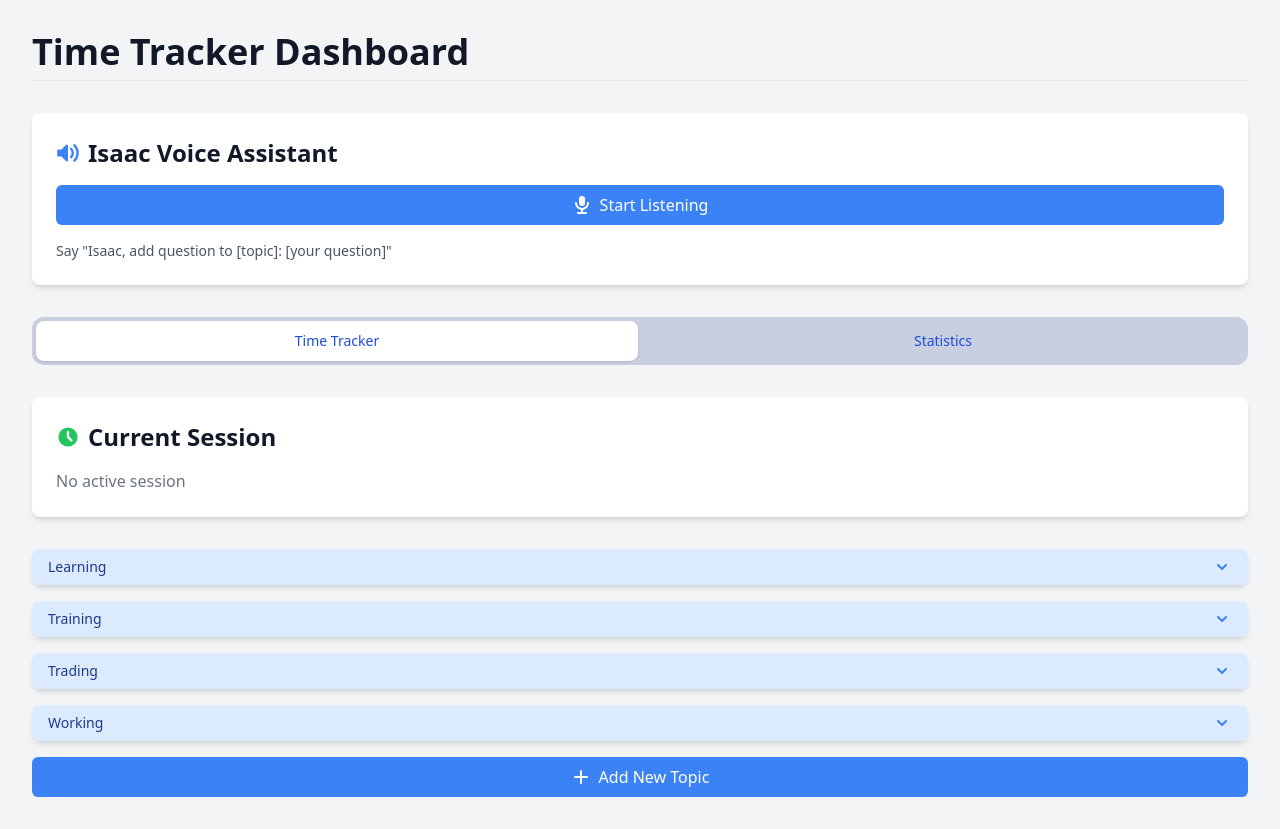
Repository: Mordecaied/Issac
Page: /
The author's editor kept a copy of each file at every save. The page is drawn from the files as they stood at one save, then again after the next save.
The browser window is 1280 px wide. The pictures show the whole page.
The project was rebuilt for these pictures with package versions that can differ from the ones it lists, and the page was loaded fresh each time. Also part of the build but not shown: src/components/Statistics.tsx.

Above is the page before, as saved 2024-08-04 17:57:17.

### src/index.css
@tailwind base;
@tailwind components;
@tailwind utilities;

body {
  @apply bg-background dark:bg-background-dark text-gray-900 dark:text-white;
}

### src/App.tsx
import React from 'react';
import Dashboard from './components/Dashboard';
import { AppProvider } from './AppContext';

const App: React.FC = () => {
  return (
    <AppProvider>
      <div className="min-h-screen bg-gray-100 dark:bg-gray-900">
        <Dashboard />
      </div>
    </AppProvider>
  );
};

export default App;

### src/components/Dashboard.tsx
import React from 'react';
import VoiceAssistant from './VoiceAssistant';
import TopicList from './TopicList';
import CurrentSession from './CurrentSession';
import Statistics from './Statistics';
import { Tab } from '@headlessui/react';
import { useAppContext } from '../AppContext';

const Dashboard: React.FC = () => {
  const { activeSession, setActiveSession } = useAppContext();

  return (
    <div className="max-w-7xl mx-auto px-4 sm:px-6 lg:px-8 py-8">
      <h1 className="text-4xl font-bold mb-8 border-b pb-2">Time Tracker Dashboard</h1>

      <VoiceAssistant />

      <Tab.Group>
        <Tab.List className="flex space-x-1 rounded-xl bg-blue-900/20 p-1 mb-8">
          <Tab className={({ selected }) =>
            `w-full rounded-lg py-2.5 text-sm font-medium leading-5 text-blue-700
             ring-white ring-opacity-60 ring-offset-2 ring-offset-blue-400 focus:outline-none focus:ring-2
             ${selected ? 'bg-white shadow' : 'text-blue-100 hover:bg-white/[0.12] hover:text-white'}`
          }>
            Time Tracker
          </Tab>
          <Tab className={({ selected }) =>
            `w-full rounded-lg py-2.5 text-sm font-medium leading-5 text-blue-700
             ring-white ring-opacity-60 ring-offset-2 ring-offset-blue-400 focus:outline-none focus:ring-2
             ${selected ? 'bg-white shadow' : 'text-blue-100 hover:bg-white/[0.12] hover:text-white'}`
          }>
            Statistics
          </Tab>
        </Tab.List>
        <Tab.Panels>
          <Tab.Panel>
            <CurrentSession />
            <TopicList />
          </Tab.Panel>
          <Tab.Panel>
            <Statistics />
          </Tab.Panel>
        </Tab.Panels>
      </Tab.Group>
    </div>
  );
};

export default Dashboard;

### src/AppContext.tsx
import React, { createContext, useContext, useState, ReactNode } from 'react';

interface Topic {
  id: string;
  name: string;
  duration: number;
}

interface AppContextType {
  activeSession: string | null;
  setActiveSession: (session: string | null) => void;
  topics: Topic[];
  addTopic: (topic: Topic) => void;
  updateTopicDuration: (id: string, duration: number) => void;
}

const AppContext = createContext<AppContextType | undefined>(undefined);

export const useAppContext = () => {
  const context = useContext(AppContext);
  if (context === undefined) {
    throw new Error('useAppContext must be used within an AppProvider');
  }
  return context;
};

interface AppProviderProps {
  children: ReactNode;
}

export const AppProvider: React.FC<AppProviderProps> = ({ children }) => {
  const [activeSession, setActiveSession] = useState<string | null>(null);
  const [topics, setTopics] = useState<Topic[]>([]);

  const addTopic = (topic: Topic) => {
    setTopics((prevTopics) => [...prevTopics, topic]);
  };

  const updateTopicDuration = (id: string, duration: number) => {
    setTopics((prevTopics) =>
      prevTopics.map((topic) =>
        topic.id === id ? { ...topic, duration } : topic
      )
    );
  };

  const value = {
    activeSession,
    setActiveSession,
    topics,
    addTopic,
    updateTopicDuration,
  };

  return <AppContext.Provider value={value}>{children}</AppContext.Provider>;
};

### src/components/VoiceAssistant.tsx
import React, { useState } from 'react';
import { MicrophoneIcon, VolumeUpIcon } from '@heroicons/react/solid';

const VoiceAssistant: React.FC = () => {
  const [isListening, setIsListening] = useState(false);
  const [transcript, setTranscript] = useState('');

  const toggleListening = () => {
    setIsListening(!isListening);
    // Implement actual voice recognition logic here
  };

  return (
    <div className="bg-white dark:bg-gray-800 rounded-lg shadow-md p-6 mb-8">
      <h2 className="text-2xl font-semibold mb-4 flex items-center">
        <VolumeUpIcon className="h-6 w-6 mr-2 text-blue-500" />
        Isaac Voice Assistant
      </h2>
      <button
        onClick={toggleListening}
        className={`flex items-center justify-center w-full py-2 px-4 rounded-md text-white font-medium transition-colors ${
          isListening ? 'bg-red-500 hover:bg-red-600' : 'bg-blue-500 hover:bg-blue-600'
        }`}
      >
        <MicrophoneIcon className="h-5 w-5 mr-2" />
        {isListening ? 'Stop Listening' : 'Start Listening'}
      </button>
      <p className="mt-4 text-sm text-gray-600 dark:text-gray-300">
        Say "Isaac, add question to [topic]: [your question]"
      </p>
      {isListening && (
        <div className="mt-4 p-2 bg-gray-100 dark:bg-gray-700 rounded">
          <p className="font-semibold">Live Transcription:</p>
          <p className="text-sm">{transcript}</p>
        </div>
      )}
    </div>
  );
};

export default VoiceAssistant;

### src/components/TopicList.tsx
import React, { useState } from 'react';
import { ChevronDownIcon, PlusIcon } from '@heroicons/react/solid';
import { Disclosure } from '@headlessui/react';

interface Topic {
  id: number;
  name: string;
  subTopics: { id: number; name: string }[];
}

const initialTopics: Topic[] = [
  { id: 1, name: 'Learning', subTopics: [{ id: 11, name: 'Python' }, { id: 12, name: 'React' }] },
  { id: 2, name: 'Training', subTopics: [{ id: 21, name: 'Cardio' }, { id: 22, name: 'Weights' }] },
  { id: 3, name: 'Trading', subTopics: [{ id: 31, name: 'Stocks' }, { id: 32, name: 'Crypto' }] },
  { id: 4, name: 'Working', subTopics: [{ id: 41, name: 'Project A' }, { id: 42, name: 'Project B' }] },
];

interface TopicListProps {
  setActiveSession: (session: string | null) => void;
}

const TopicList: React.FC<TopicListProps> = ({ setActiveSession }) => {
  const [topics, setTopics] = useState(initialTopics);

  const addNewTopic = () => {
    // Implement add new topic logic
  };

  return (
    <div className="space-y-4">
      {topics.map((topic) => (
        <Disclosure key={topic.id}>
          {({ open }) => (
            <div className="bg-white dark:bg-gray-800 rounded-lg shadow-md overflow-hidden">
              <Disclosure.Button className="flex justify-between w-full px-4 py-2 text-sm font-medium text-left text-blue-900 dark:text-blue-100 bg-blue-100 dark:bg-blue-900 hover:bg-blue-200 dark:hover:bg-blue-800 focus:outline-none focus-visible:ring focus-visible:ring-blue-500 focus-visible:ring-opacity-75">
                <span>{topic.name}</span>
                <ChevronDownIcon
                  className={`${open ? 'transform rotate-180' : ''} w-5 h-5 text-blue-500`}
                />
              </Disclosure.Button>
              <Disclosure.Panel className="px-4 pt-4 pb-2 text-sm text-gray-500 dark:text-gray-300">
                {topic.subTopics.map((subTopic) => (
                  <div key={subTopic.id} className="flex justify-between items-center mb-2">
                    <span>{subTopic.name}</span>
                    <button
                      onClick={() => setActiveSession(`${topic.name} - ${subTopic.name}`)}
                      className="bg-green-500 hover:bg-green-600 text-white py-1 px-3 rounded-md text-sm transition-colors"
                    >
                      Start
                    </button>
                  </div>
                ))}
              </Disclosure.Panel>
            </div>
          )}
        </Disclosure>
      ))}
      <button
        onClick={addNewTopic}
        className="flex items-center justify-center w-full py-2 px-4 bg-blue-500 hover:bg-blue-600 text-white rounded-md transition-colors"
      >
        <PlusIcon className="h-5 w-5 mr-2" />
        Add New Topic
      </button>
    </div>
  );
};

export default TopicList;

### src/components/CurrentSession.tsx
import React, { useEffect, useState } from 'react';
import { ClockIcon } from '@heroicons/react/solid';
import { useAppContext } from '../AppContext';

const CurrentSession: React.FC = () => {
  const { activeSession, topics } = useAppContext();
  const [elapsedTime, setElapsedTime] = useState(0);

  useEffect(() => {
    let interval: NodeJS.Timeout;
    if (activeSession) {
      interval = setInterval(() => {
        setElapsedTime((prevTime) => prevTime + 1);
      }, 1000);
    }
    return () => clearInterval(interval);
  }, [activeSession]);

  const formatTime = (seconds: number) => {
    const hours = Math.floor(seconds / 3600);
    const minutes = Math.floor((seconds % 3600) / 60);
    const secs = seconds % 60;
    return `${hours.toString().padStart(2, '0')}:${minutes
      .toString()
      .padStart(2, '0')}:${secs.toString().padStart(2, '0')}`;
  };

  const activeTopic = topics.find((topic) => topic.id === activeSession);

  return (
    <div className="bg-white dark:bg-gray-800 rounded-lg shadow-md p-6 mb-8">
      <h2 className="text-2xl font-semibold mb-4 flex items-center">
        <ClockIcon className="h-6 w-6 mr-2 text-green-500" />
        Current Session
      </h2>
      {activeTopic ? (
        <div>
          <p className="text-lg font-medium">{activeTopic.name}</p>
          <p className="text-3xl font-bold mt-2">{formatTime(elapsedTime)}</p>
        </div>
      ) : (
        <p className="text-gray-500 dark:text-gray-400">No active session</p>
      )}
    </div>
  );
};

export default CurrentSession;

### tailwind.config.js
module.exports = {
  content: ["./src/**/*.{js,jsx,ts,tsx}"],
  darkMode: 'class',
  theme: {
    extend: {
      colors: {
        primary: '#3B82F6',
        secondary: '#10B981',
        background: '#F3F4F6',
        'background-dark': '#1F2937',
      },
    },
  },
  plugins: [],
}

Loaded but not shown: public/index.html (common file); src/index.tsx (common file)

After the next save:
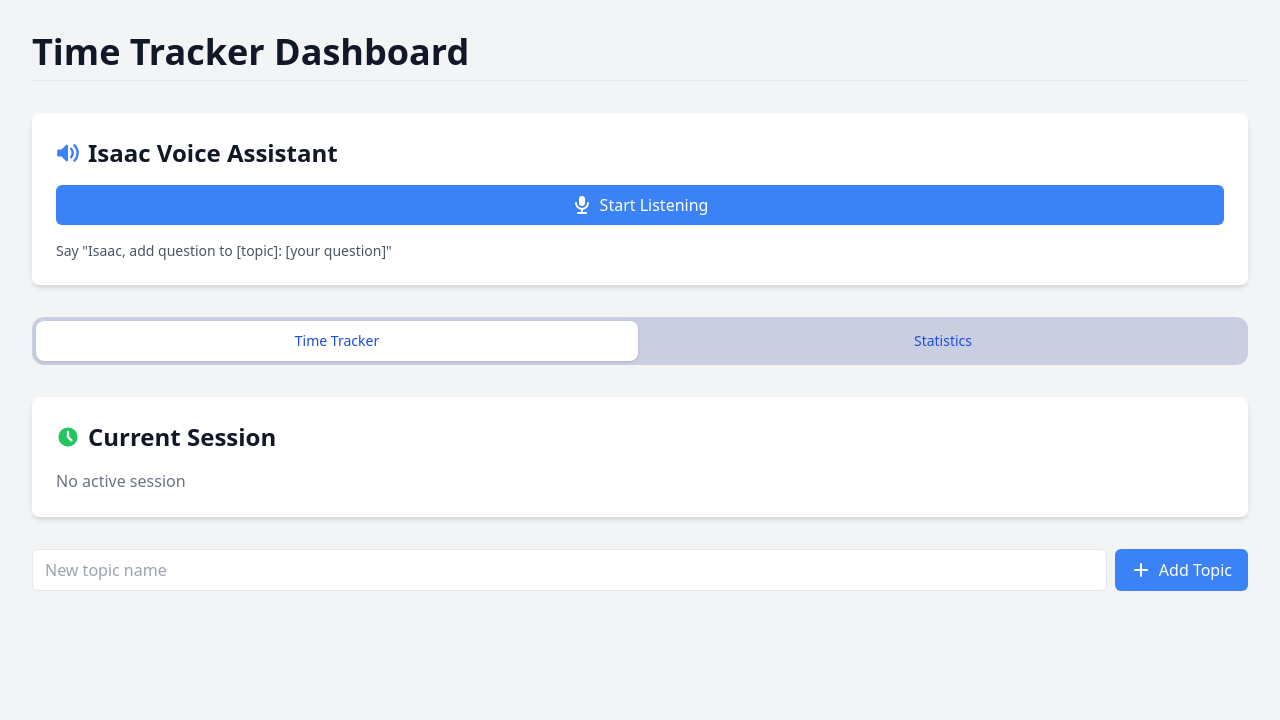
Saved 10 s later.
--- a/src/components/TopicList.tsx
+++ b/src/components/TopicList.tsx
@@ -1,29 +1,33 @@
 import React, { useState } from 'react';
 import { ChevronDownIcon, PlusIcon } from '@heroicons/react/solid';
 import { Disclosure } from '@headlessui/react';
+import { useAppContext } from '../AppContext';
+
+interface SubTopic {
+  id: string;
+  name: string;
+}
 
 interface Topic {
-  id: number;
+  id: string;
   name: string;
-  subTopics: { id: number; name: string }[];
+  subTopics: SubTopic[];
 }
 
-const initialTopics: Topic[] = [
-  { id: 1, name: 'Learning', subTopics: [{ id: 11, name: 'Python' }, { id: 12, name: 'React' }] },
-  { id: 2, name: 'Training', subTopics: [{ id: 21, name: 'Cardio' }, { id: 22, name: 'Weights' }] },
-  { id: 3, name: 'Trading', subTopics: [{ id: 31, name: 'Stocks' }, { id: 32, name: 'Crypto' }] },
-  { id: 4, name: 'Working', subTopics: [{ id: 41, name: 'Project A' }, { id: 42, name: 'Project B' }] },
-];
+const TopicList: React.FC = () => {
+  const { topics, setActiveSession, addTopic } = useAppContext();
+  const [newTopicName, setNewTopicName] = useState('');
 
-interface TopicListProps {
-  setActiveSession: (session: string | null) => void;
-}
-
-const TopicList: React.FC<TopicListProps> = ({ setActiveSession }) => {
-  const [topics, setTopics] = useState(initialTopics);
-
-  const addNewTopic = () => {
-    // Implement add new topic logic
+  const handleAddNewTopic = () => {
+    if (newTopicName.trim()) {
+      const newTopic: Topic = {
+        id: Date.now().toString(),
+        name: newTopicName.trim(),
+        subTopics: [],
+      };
+      addTopic(newTopic);
+      setNewTopicName('');
+    }
   };
 
   return (
@@ -35,15 +39,22 @@ const TopicList: React.FC<TopicListProps> = ({ setActiveSession }) => {
               <Disclosure.Button className="flex justify-between w-full px-4 py-2 text-sm font-medium text-left text-blue-900 dark:text-blue-100 bg-blue-100 dark:bg-blue-900 hover:bg-blue-200 dark:hover:bg-blue-800 focus:outline-none focus-visible:ring focus-visible:ring-blue-500 focus-visible:ring-opacity-75">
                 <span>{topic.name}</span>
                 <ChevronDownIcon
-                  className={`${open ? 'transform rotate-180' : ''} w-5 h-5 text-blue-500`}
+                  className={`${
+                    open ? 'transform rotate-180' : ''
+                  } w-5 h-5 text-blue-500`}
                 />
               </Disclosure.Button>
               <Disclosure.Panel className="px-4 pt-4 pb-2 text-sm text-gray-500 dark:text-gray-300">
                 {topic.subTopics.map((subTopic) => (
-                  <div key={subTopic.id} className="flex justify-between items-center mb-2">
+                  <div
+                    key={subTopic.id}
+                    className="flex justify-between items-center mb-2"
+                  >
                     <span>{subTopic.name}</span>
                     <button
-                      onClick={() => setActiveSession(`${topic.name} - ${subTopic.name}`)}
+                      onClick={() =>
+                        setActiveSession(`${topic.name} - ${subTopic.name}`)
+                      }
                       className="bg-green-500 hover:bg-green-600 text-white py-1 px-3 rounded-md text-sm transition-colors"
                     >
                       Start
@@ -55,13 +66,22 @@ const TopicList: React.FC<TopicListProps> = ({ setActiveSession }) => {
           )}
         </Disclosure>
       ))}
-      <button
-        onClick={addNewTopic}
-        className="flex items-center justify-center w-full py-2 px-4 bg-blue-500 hover:bg-blue-600 text-white rounded-md transition-colors"
-      >
-        <PlusIcon className="h-5 w-5 mr-2" />
-        Add New Topic
-      </button>
+      <div className="flex space-x-2">
+        <input
+          type="text"
+          value={newTopicName}
+          onChange={(e) => setNewTopicName(e.target.value)}
+          placeholder="New topic name"
+          className="flex-grow px-3 py-2 border rounded-md"
+        />
+        <button
+          onClick={handleAddNewTopic}
+          className="flex items-center justify-center py-2 px-4 bg-blue-500 hover:bg-blue-600 text-white rounded-md transition-colors"
+        >
+          <PlusIcon className="h-5 w-5 mr-2" />
+          Add Topic
+        </button>
+      </div>
     </div>
   );
 };
